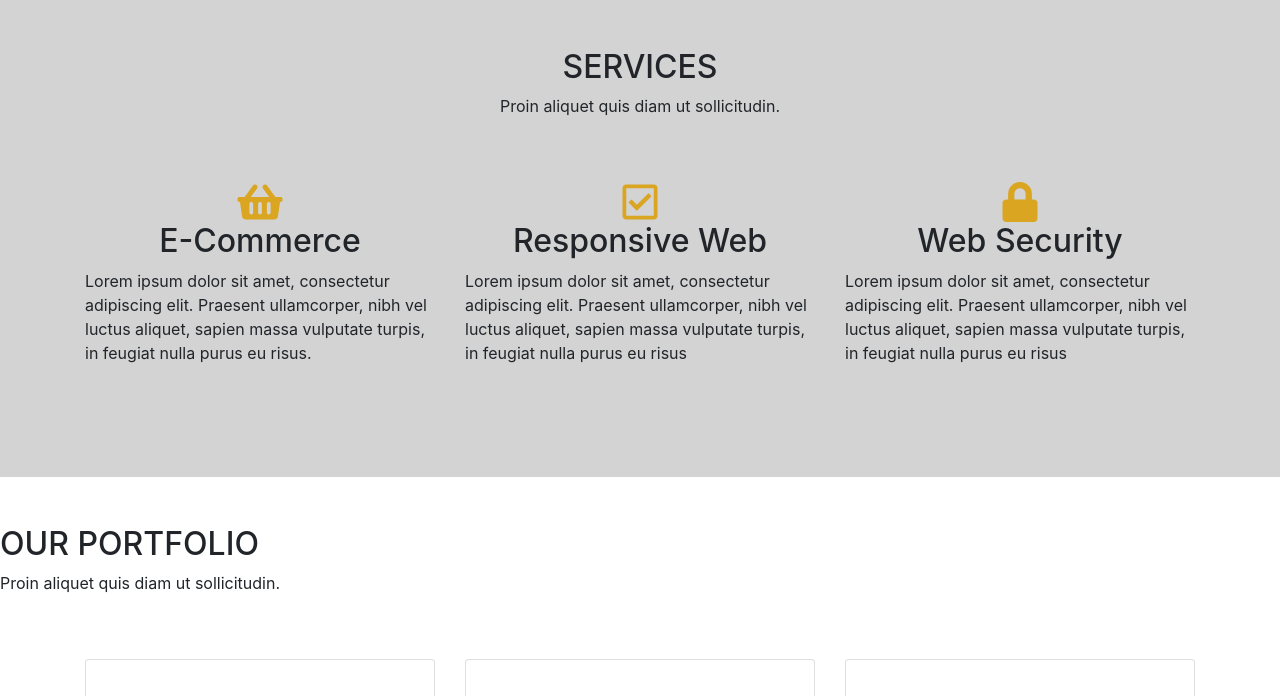
Repository: arek-adamik/golden-webpage
Page: index.html
The author's editor kept a copy of each file at every save. The page is drawn from the files as they stood at one save, then again after the next save.
The browser window is 1280 px wide. The pictures show the part of the page from y = 630 to 1326 px (the page is 2328 px tall).
Pictures or frames that could not be fetched are drawn as grey boxes. Some web fonts or font styles are not loaded; a fallback is used. Some web libraries are served in a nearby version. The style sheet was rebuilt from its Sass, Less or Tailwind sources for each picture, by a compiler version that may differ from the author's.

Above is the page before, as saved 2021-05-04 16:00:01.

### index.html
<!DOCTYPE html>
<html lang="en">
  <head>
    <meta name="viewport" content="width=device-width, initial-scale=1.0">
    <meta charset="utf-8">
    <title>Golden - Official Site</title>
    <link rel="preconnect" href="https://fonts.gstatic.com">
    <link href="https://fonts.googleapis.com/css2?family=Krona+One&family=Molle:ital@1&family=Tinos&display=swap" rel="stylesheet">
    <link rel="stylesheet" href="https://use.fontawesome.com/releases/v5.5.0/css/all.css">
    <link rel="stylesheet" href="vendor/bootstrap-grid.css">
    <link rel="stylesheet" href="css/style.css">
    <link rel="stylesheet" href="https://stackpath.bootstrapcdn.com/bootstrap/4.5.1/css/bootstrap.min.css" integrity="sha384-VCmXjywReHh4PwowAiWNagnWcLhlEJLA5buUprzK8rxFgeH0kww/aWY76TfkUoSX" crossorigin="anonymous">
  </head>
  <body>
    <section class="page-head">
        <nav class="navigation">
            <p class="logo">GOLDEN</p>
                <ul>
                    <li><a href="#">HOME</a></li>
                    <li><a href="#">SERVICES</a></li>
                    <li><a href="#">PORTFOLIO</a></li>
                    <li><a href="#">ABOUT</a></li>
                    <li><a href="#">CONTACT</a></li>
                </ul>

        </nav>
        <header class="splash">
            <div class="splash-inner">
                <h2 class="page-subtitle">Welcome to our studio!</h2>
                <h1 class="page-title">IT'S NICE TO MEET YOU</h1>
                <a class="button" href="#">TELL ME MORE</a>
            </div>
      </header>
    </section>
    <section class="services py-5">
        <h2 class="section-subtitle">SERVICES</h2>
        <p class="services-text">Proin aliquet quis diam ut sollicitudin.</p>
        <div class="container">
            <div class="row py-5">
                <div class="col-md-4">
                    <i class="fas fa-shopping-basket"></i>
                    <h2 class="services-subbtitle">E-Commerce</h2>
                    <p>Lorem ipsum dolor sit amet, consectetur adipiscing elit. Praesent ullamcorper, nibh vel luctus aliquet, sapien massa vulputate turpis, in feugiat nulla purus eu risus.</p>
                </div>
                <div class="col-md-4">
                    <i class="far fa-check-square"></i>
                    <h2 class="services-subbtitle">Responsive Web</h2>
                    <p>Lorem ipsum dolor sit amet, consectetur adipiscing elit. Praesent ullamcorper, nibh vel luctus aliquet, sapien massa vulputate turpis, in feugiat nulla purus eu risus</p>
                </div>
                <div class="col-md-4">
                    <i class="fas fa-lock"></i>
                    <h2 class="services-subbtitle">Web Security</h2>
                    <p>Lorem ipsum dolor sit amet, consectetur adipiscing elit. Praesent ullamcorper, nibh vel luctus aliquet, sapien massa vulputate turpis, in feugiat nulla purus eu risus</p>
                </div>
        </div>
    </section>
    <section class="our-portfolio py-5">
        <h2 class="section-subtitle">OUR PORTFOLIO</h2>
        <p class="services-text">Proin aliquet quis diam ut sollicitudin.</p>
        <div class="container">
            <div class="row py-5">
                <div class="col-md-4">
                    <div class="card p-3 mb-3">
                        <div class="card-body">
                            <img src="https://images.pexels.com/photos/3910071/pexels-photo-3910071.jpeg?auto=compress&cs=tinysrgb&dpr=2&h=750&w=1260">
                            <h3 class="portfolio-subtitle">Ebony & Ivory</h3>
                            <p>Branding</p>
                        </div>
                    </div>
                </div>
                <div class="col-md-4">
                    <div class="card p-3 mb-3">
                        <div class="card-body">
                            <img src="https://images.pexels.com/photos/1827548/pexels-photo-1827548.jpeg?auto=compress&cs=tinysrgb&dpr=2&h=750&w=1260">
                            <h3 class="portfolio-subtitle">Clever Poster</h3>
                            <p>Print design</p>
                        </div>
                    </div>
                </div>
                <div class="col-md-4">
                    <div class="card p-3 mb-3">
                        <div class="card-body">
                            <img src="https://images.pexels.com/photos/6224/hands-people-woman-working.jpg?auto=compress&cs=tinysrgb&dpr=2&h=750&w=1260">
                            <h3 class="portfolio-subtitle">Smart Stationary</h3>
                            <p>Print Design</p>
                        </div>
                    </div>
                </div>
                <div class="col-md-4">
                    <div class="card p-3 mb-3">
                        <div class="card-body">
                            <img src="https://images.pexels.com/photos/965989/pexels-photo-965989.jpeg?auto=compress&cs=tinysrgb&dpr=2&h=750&w=1260">
                            <h3 class="portfolio-subtitle">Branding</h3>
                            <p>Branding</p>
                        </div>
                    </div>
                </div>
                <div class="col-md-4">
                    <div class="card p-3 mb-3">
                        <div class="card-body">
                            <img src="https://images.pexels.com/photos/160107/pexels-photo-160107.jpeg?auto=compress&cs=tinysrgb&dpr=2&h=750&w=1260">
                            <h3 class="portfolio-subtitle">Web design</h3>
                            <p>Web design</p>
                        </div>
                    </div>
                </div>
                <div class="col-md-4">
                    <div class="card p-3 mb-3">
                        <div class="card-body">
                            <img src="https://images.pexels.com/photos/1961792/pexels-photo-1961792.jpeg?auto=compress&cs=tinysrgb&dpr=2&h=750&w=1260">
                            <h3 class="portfolio-subtitle">Brand creation</h3>
                            <p>Branding</p>
                        </div>
                    </div>
                </div>
            </div>
        </div>




    </section>
  </body>
  </html>

### sass/style.scss
/* Variabbles */
$font-header: 'Krona One', sans-serif;
$font-logo: 'Molle', cursive;
$font-text: 'Tinos', serif;
/* Global */
body {
    margin: 0;
    font-size: 16px;
    line-height: 1.7;
    font-family: $font-text;
}
.container {
    max-width: 1140px;
    padding: 0 20px 0 20px;
    display: flex;
	justify-content: center;
	align-items: center;
	margin: auto;
}
/* Main section */
.page-head{
    background-image: url(https://images.pexels.com/photos/174524/pexels-photo-174524.jpeg?auto=compress&cs=tinysrgb&dpr=2&h=750&w=1260);
}

/* Navigation */
.navigation {
    padding: 12px 0 12px 0;
        ul {
            padding: 0;
            margin: 0;
            list-style-type: none;
            text-align: right;
        }

        }
        .logo {
            text-align: left;
            padding-top: 20px;
            margin-left: 40px;
            font-family: $font-logo;
            color: rgb(2, 2, 1);
            text-shadow: goldenrod;
            font-size: 30px;
        }
        li {
            display: inline-block;
            margin-right: 36px;
            position: relative;

        }
        a {
            color: rgb(0, 0, 0);
            font-family: $font-header;
        }
/* Splash */
.splash {
    min-height: 500px;
    display: flex;
        .page-title {
            margin: 0;
            font-size: 72px;
            font-weight: 700;
            line-height: 1.2;
            font-family: $font-header;
            text-align: center;
        }
        .page-subtitle {
            margin: 24px 0;
            font-weight: 400;
            font-size: 16px;
            font-family: $font-header;
            text-align: center;
        }
}
.splash-inner {
    margin: auto;
    max-width: 70%;
}
.button {
    display: block;
    margin: 0 auto;
    position: relative;
    padding: 20px 25px;
    font-size: 24px;
    cursor: pointer;
    text-align: center;
    text-decoration: none;
    outline: none;
    color: #fff;
    background-color: #070807;
    border: none;
    border-radius: 15px;
    width: 250px;
  }
  .button:hover {
      background-color: rgb(69, 70, 32)
    }
  .button:active {
    background-color: rgb(69, 70, 32);
    box-shadow: 0 5px #666;
    transform: translateY(4px);
    text-decoration: none;
  }
  /* Services */
  .services{
  .section-subtitle, .services-text{
      text-align: center;
  }
  i {
        font-size: 40px;
        color:goldenrod;
        display: flex;
        justify-content: center;
  }
}
.col-md-4 {
    h2 {
        text-align: center;
    }
}
 /* Portfolio */
.services {
    background-color: lightgray;
}
.card-body {
    img {
        width: 100%;
        height: 300px;
        object-fit: cover;
    }
}

Loaded but not shown: vendor/bootstrap-grid.css (library)

After the next save:
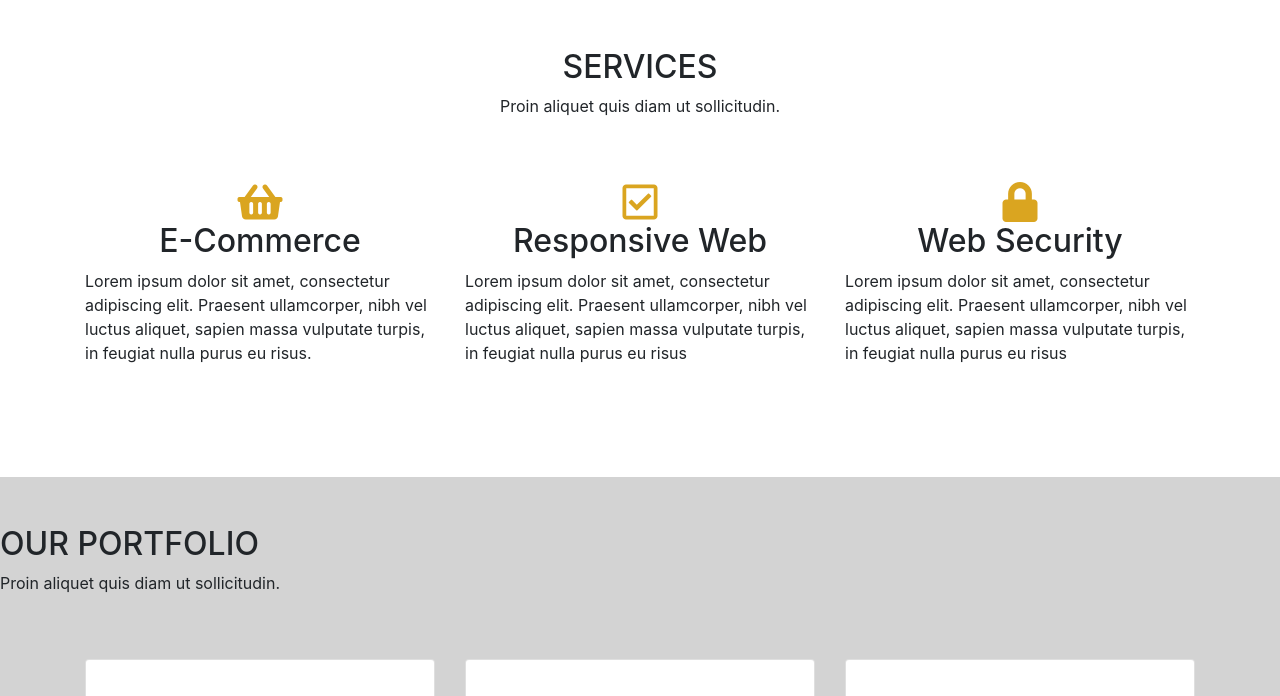
Saved 35 s later.
--- a/sass/style.scss
+++ b/sass/style.scss
@@ -119,7 +119,7 @@ body {
     }
 }
  /* Portfolio */
-.services {
+.our-portfolio {
     background-color: lightgray;
 }
 .card-body {
